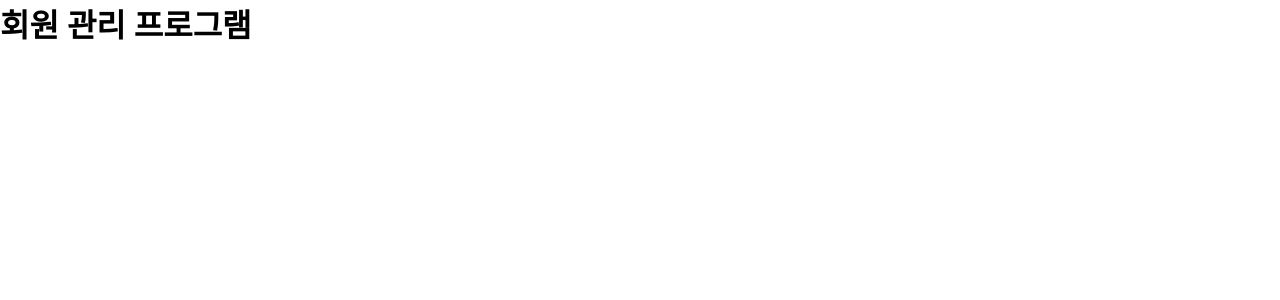
Repository: soeun1365/ServerProgram1
Page: http://localhost/ServerProgram1/login.jsp
The author's editor kept a copy of each file at every save. The page is drawn from the files as they stood at one save, then again after the next save.
The browser window is 1280 px wide. The pictures show the whole page.
The page is served by Tomcat 9. Other server files are loaded and not shown.

Above is the page before, as saved 2021-06-14 06:26:59.

### ServerProgram1/WebContent/login.jsp
<%@ page language="java" contentType="text/html; charset=UTF-8"
    pageEncoding="UTF-8"%>
<!DOCTYPE html>
<html>
<head>
	<meta charset="UTF-8">
	<title>login</title>
	<style>
		*{
			padding: 0;
			margin: 0 auto;
		}
	</style>
</head>
<body>
	<h1>회원 관리 프로그램</h1>
	<br>
	<form>

	</form>
</body>
</html>

After the next save:
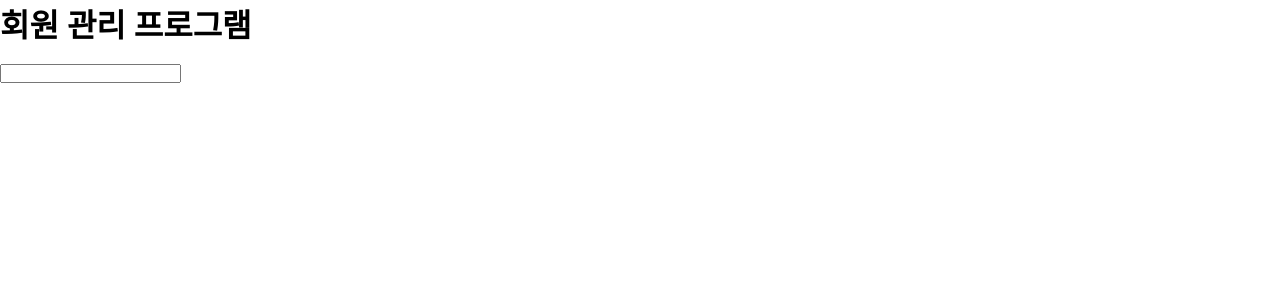
Saved 25 s later.
--- a/ServerProgram1/WebContent/login.jsp
+++ b/ServerProgram1/WebContent/login.jsp
@@ -16,7 +16,7 @@
 	<h1>회원 관리 프로그램</h1>
 	<br>
 	<form>
-
+		<input type="text" placeholder=""
 	</form>
 </body>
 </html>
